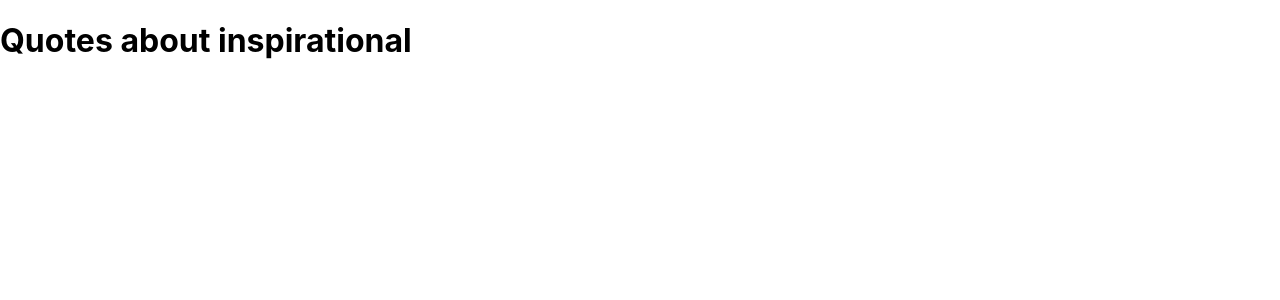
Repository: Bhavik-Sanghar/Quote-app
Page: /
An editor plug-in stored every save of this project. The page is shown before and after the next save, followed by the edit.
The browser window is 1280 px wide. The pictures show the whole page.
The page's requests for data from a server got no answer. The project was rebuilt for these pictures with package versions that can differ from the ones it lists, and the page was loaded fresh each time. No one was signed in, and anything a server would have sent is missing. Imported but missing from the stored project, and not drawn on this page: src/components/QuoteDisplay.

Above is the page before, as saved 2023-08-18 10:34:59.

After the next save:
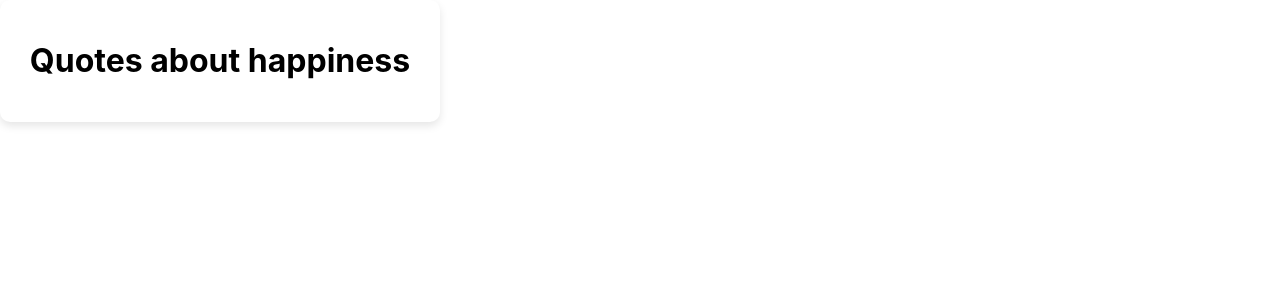
Saved 2 min 31 s later.
--- a/src/components/NewQuote.js
+++ b/src/components/NewQuote.js
@@ -3,7 +3,7 @@ import axios from "axios";
 
 const QuoteComponent = () => {
   const [quotes, setQuotes] = useState([]);
-  const category = "inspirational";
+  const category = "happiness";
   const apiKey = "EgtS4gqLsbjvHM2bBjKwBA==PYmsGLFQFXQzq0Na";
 
   useEffect(() => {
@@ -13,26 +13,28 @@ const QuoteComponent = () => {
   const fetchQuotes = async () => {
     try {
       const response = await axios.get(
-        `https://api.api-ninjas.com/v1/quotes?category=${category}`,
+        `https://api.api-ninjas.com/v1/quotes?category=${category}&limit=5`, // Fetching 5 quotes
         {
           headers: { "X-Api-Key": apiKey },
         }
       );
-      console.log(response)
-      setQuotes(response.data);
+      setQuotes(response.data.quotes);
     } catch (error) {
       console.error("Error: ", error);
     }
   };
 
   return (
-    <div>
+    <div className="quote-container">
       <h1>Quotes about {category}</h1>
-      <ul>
+      <div className="card-container">
         {quotes.map((quote, index) => (
-          <li key={index}>{quote.quote}</li>
+          <div key={index} className="card">
+            <p className="quote-text">{quote.quote}</p>
+            <p className="author">- {quote.author}</p>
+          </div>
         ))}
-      </ul>
+      </div>
     </div>
   );
 };
